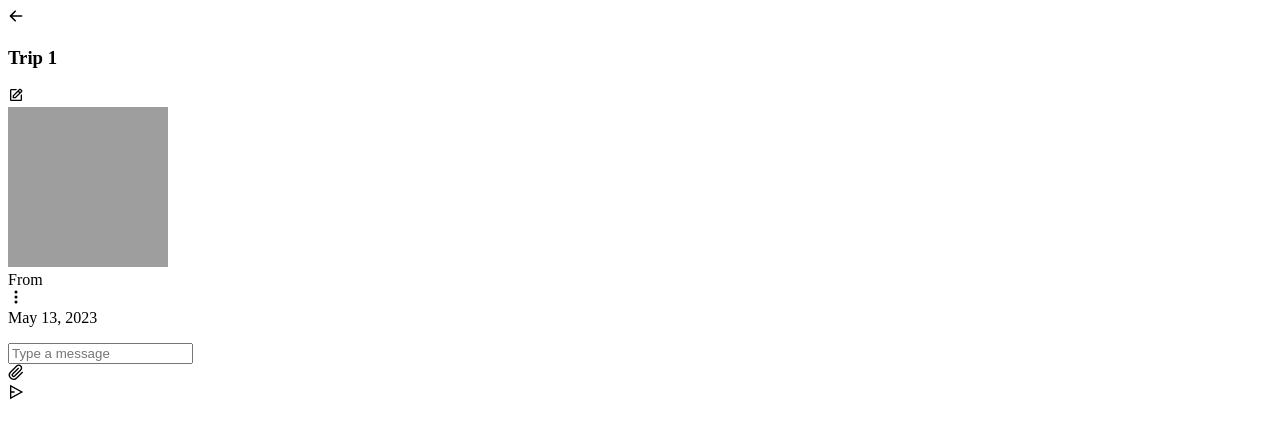
Repository: Abhi2359/PWA_Corider
Page: /
The author's editor kept a copy of each file at every save. The page is drawn from the files as they stood at one save, then again after a run of saves.
The browser window is 1280 px wide. The pictures show the whole page.
Pictures or frames that could not be fetched are drawn as grey boxes. The page's requests for data from a server got no answer. The project was rebuilt for these pictures with package versions that can differ from the ones it lists, and the page was loaded fresh each time. No one was signed in, and anything a server would have sent is missing. Also part of the build but not shown: vite.config.js, src/chatInput/Chat.css, src/chatInput/Chat.jsx, src/chatInput/ChatInput.css.

Above is the page before, as saved 2023-05-14 10:14:40.

### src/App.jsx
import { useEffect, useState } from "react";
import "./App.css?inline";
import { fetchData } from "./api/fetchData";
import Header from "./Header/Header";
import Chat from "./chatInput/Chat";
import ChatInput from "./chatInput/ChatInput";

function App() {
  const [data, setData] = useState([]);
  const [isLoading, setIsLoading] = useState(false);
  const [error, setError] = useState(null);
  const [page, setPage] = useState(1);
  const [from, setFrom] = useState("");
  const [to, setTo] = useState("");

  useEffect(() => {
    const fetchDataFromApi = async () => {
      setIsLoading(true);

      try {
        const apiData = await fetchData(page);
        // setFrom(apiData.from);
        // setTo(apiData.to);
        const apiResponse = apiData.chats;
        if (page === 1) {
          setFrom(apiData.from);
          setTo(apiData.to);
        }
        setData(apiResponse);
        s;
      } catch (error) {
        setError(error.message);
      }

      setIsLoading(false);
    };

    fetchDataFromApi();
  }, [page]);

  return (
    <>
      <div className="layout">
        <div className="header_section">
          <Header />
          <div className="chat_container">
            <ul className="chat_list">
              {data &&
                data.map((chat) => (
                  <li key={chat.id}>
                    <Chat message={chat.message} image={chat.sender.image} />
                  </li>
                ))}
            </ul>
            {isLoading && <p>Loading...</p>}
          </div>
        </div>
        <div >
          <footer className="footer">
            <ChatInput />

          </footer>
        </div>
      </div>
    </>
  );
}

export default App;

### src/App.css
.layout{
    position: relative;
width: 100%;

background: #FAF9F4;
border-radius: 32px;
}

### src/api/fetchData.jsx
import axios from "axios";

const API_URL = "http://3.111.128.67/assignment/chat";

export const fetchData = async (page) => {
    try {
      const response = await axios.get(`http://3.111.128.67/assignment/chat?page=${page}`, {
        params: { page },
      });
      return response.data;
    } catch (error) {
      throw new Error('Error while fetching data');
    }
  };

### src/Header/Header.jsx
import React from "react";
import { HiArrowLeft } from "react-icons/hi";
import { BiEdit } from "react-icons/bi";
import { BsThreeDotsVertical } from "react-icons/bs";

const Header = ({ from, to }) => {
  return (
    <>
      <div className="header">
        <div className="trip">
          <div className="icon">
            <HiArrowLeft />
          </div>
          <div className="trip_no">
            <h3>Trip 1</h3>
          </div>
          <div className="edit_icon">
            <BiEdit />
          </div>
        </div>
        <div className="trip_details">
          <div className="user_icon">
            <img
              src="https://fastly.picsum.photos/id/1072/160/160.jpg?hmac=IDpbpA5neYzFjtkdFmBDKXwgr-907ewXLa9lLk9JuA8"
              alt=""
            />
          </div>
          <div className="travel_data">From {from}</div>
          <div className="dot_icon">
            <BsThreeDotsVertical />
          </div>
        </div>
        <div className="line"></div>
        <div className="date_container">
          <div className="date-line"></div>
          <div className="date">May 13, 2023</div>
          <div className="date-line"></div>
        </div>
      </div>
    </>
  );
};

export default Header;

### src/chatInput/ChatInput.jsx
import React from 'react'
import {GrAttachment}  from "react-icons/gr"
import {RiSendPlane2Line}  from "react-icons/ri"
import styles from "./ChatInput.css"
const ChatInput = () => {
  return (
  <>
  <footer>

  <div class="chat-input-container">
  <input type="text" class="chat-input" placeholder="Type a message"/>
  <div class="icon-container">
   <div className="attachment"><GrAttachment/></div>
   <div className="send"><RiSendPlane2Line/></div>
  </div>
</div>
  </footer>

  </>
  )
}

export default ChatInput

Loaded but not shown: index.html (common file); src/main.jsx (common file)

After the next 2 saves:
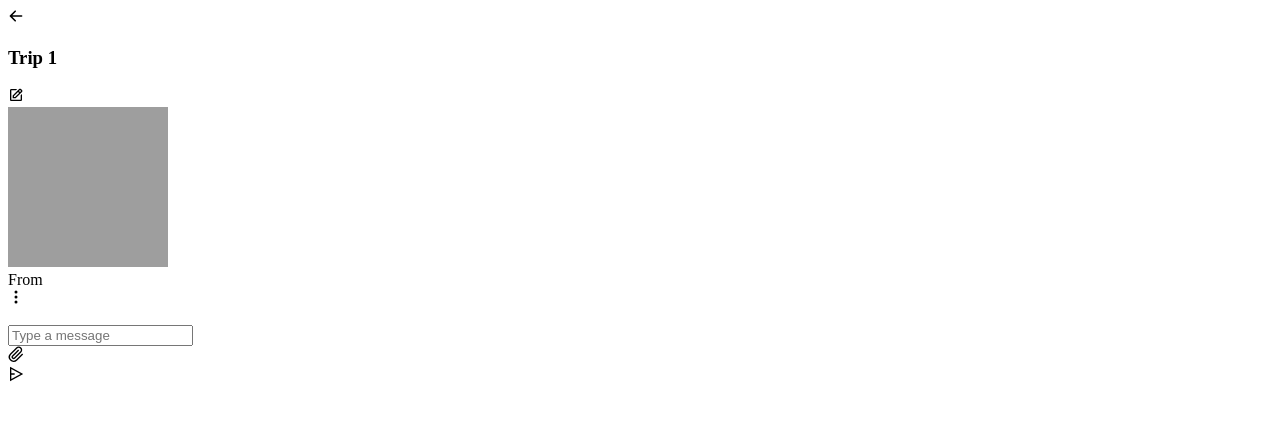
The 2 saves are shown as one change because they came seconds apart.
The last was saved 2 min 14 s later.
--- a/src/Header/Header.jsx
+++ b/src/Header/Header.jsx
@@ -31,11 +31,6 @@ const Header = ({ from, to }) => {
           </div>
         </div>
         <div className="line"></div>
-        <div className="date_container">
-          <div className="date-line"></div>
-          <div className="date">May 13, 2023</div>
-          <div className="date-line"></div>
-        </div>
       </div>
     </>
   );
